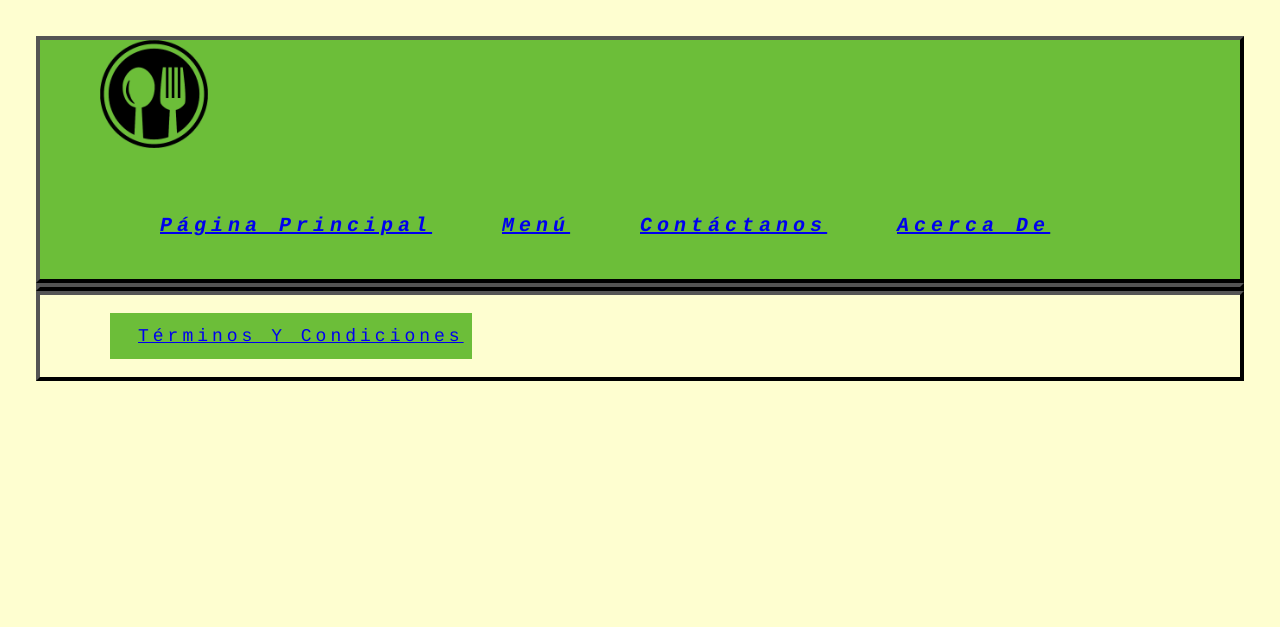
Repository: UVMCoyoacan/eq06_sitio1
Page: Carpeta docs/contactos.html
The author's editor kept a copy of each file at every save. The page is drawn from the files as they stood at one save, then again after the next save.
The browser window is 1280 px wide. The pictures show the whole page.

Above is the page before, as saved 2024-04-13 23:34:20.

After the next save:
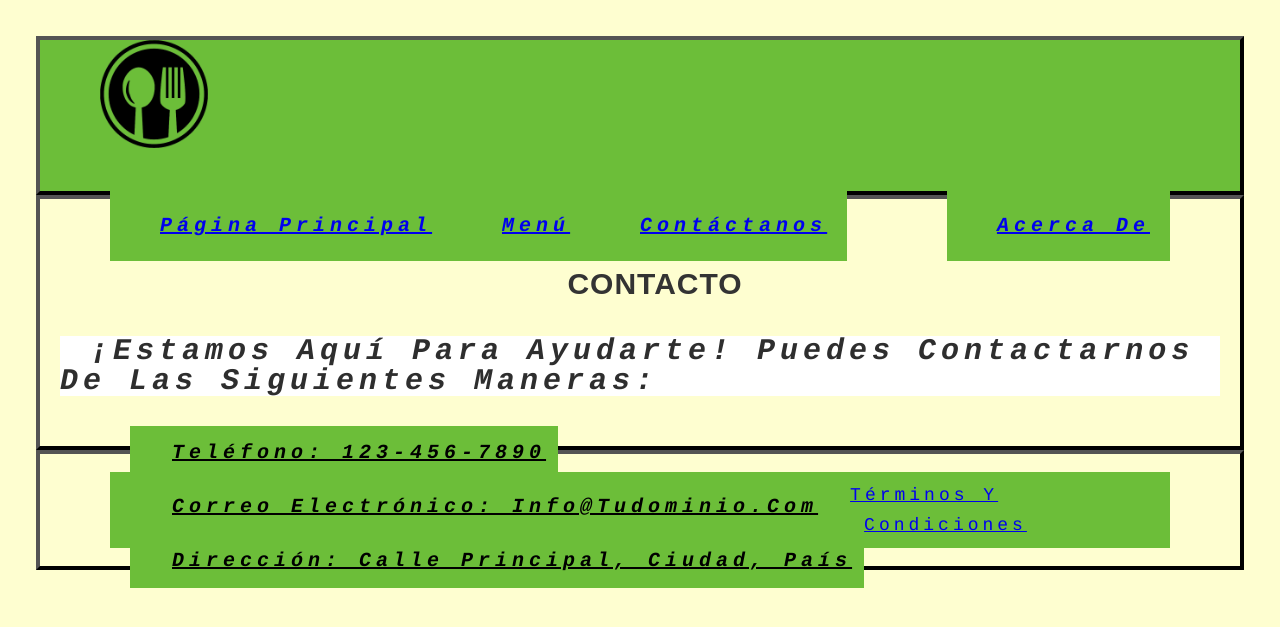
Saved 59 s later.
--- a/Carpeta docs/contactos.html
+++ b/Carpeta docs/contactos.html
@@ -1,42 +1,44 @@
 <!DOCTYPE html>
 <html>
-    <head>
-        <link rel="stylesheet" href="../Carpeta estilos/estilo1.css"/>
-        <meta charset="utf-8" />
-    </head>
-    <body>
-        <header id="parte_inicial" role="banner">
-            <div class="encabezado" style="display: flex;   flex-wrap: wrap;">
-                    <div style="flex-wrap:wrap ;">
-                    <img width="108" height="108" src="../Carpeta ims/tres.png" >
-                    </div>
-            <div style="display: flex;   flex-wrap: wrap;">
-            <ul >
-                <li><a href="../index.html">Página principal</a></li>
-                <li><a href="./menu.html">Menú</a></li>
-                <li><a href="#">Contáctanos</a></li>
-                <li style="float:right"><a class="active" href="../Carpeta docs/acercade.html">Acerca de</a></li>
+<head>
+    <link rel="stylesheet" href="../Carpeta estilos/estilo1.css"/>
+    <meta charset="utf-8" />
+    <title>Contacto</title>
+</head>
+<body>
+    <header id="parte_inicial" role="banner">
+        <div class="encabezado">
+            <div>
+                <img width="108" height="108" src="../Carpeta ims/tres.png">
+            </div>
+            <div>
+                <ul>
+                    <li><a href="../index.html">Página principal</a></li>
+                    <li><a href="./menu.html">Menú</a></li>
+                    <li><a class="active" href="#">Contáctanos</a></li>
+                    <li style="float:right"><a href="../Carpeta docs/acercade.html">Acerca de</a></li>
+                </ul>
+            </div>
+        </div>
+    </header>
+    <div style="border-style: outset; border-color: #000000; border-width: .4ch;">
+        <section id="contacto" style="padding: 20px;">
+            <h2>Contacto</h2>
+            <p>¡Estamos aquí para ayudarte! Puedes contactarnos de las siguientes maneras:</p>
+            <ul>
+                <li>Teléfono: 123-456-7890</li>
+                <li>Correo electrónico: info@tudominio.com</li>
+                <li>Dirección: Calle Principal, Ciudad, País</li>
             </ul>
-        </div>
+        </section>
+    </div>
+    <div style="border-style: outset; border-color: #000000; border-width: .4ch;">
+        <footer>
+            <div>
+                <ul><a href="../Carpeta docs/terminos.html">Términos y condiciones</a></ul>
             </div>
-        </header>
-        <div style="border-style: outset; border-color: #000000; border-width: .4ch;">
-            <footer >
-                <div style="display: flex; flex-wrap: wrap;">
-
-
-                </div>
-            </footer>
-        </div>
-        <div style="border-style: outset; border-color: #000000; border-width: .4ch;">
-            <footer >
-                <div style="display: flex; flex-wrap: wrap;">
-                    <ul><a href="./Carpeta docs/terminos.html">Términos y condiciones</a></ul>
-
-                </div>
-            </footer>
-        </div>
-    </body>
-    <script src="../Carpeta js/js1.js">
-    </script>
+        </footer>
+    </div>
+    <script src="../Carpeta js/js1.js"></script>
+</body>
 </html>

After the save that followed:
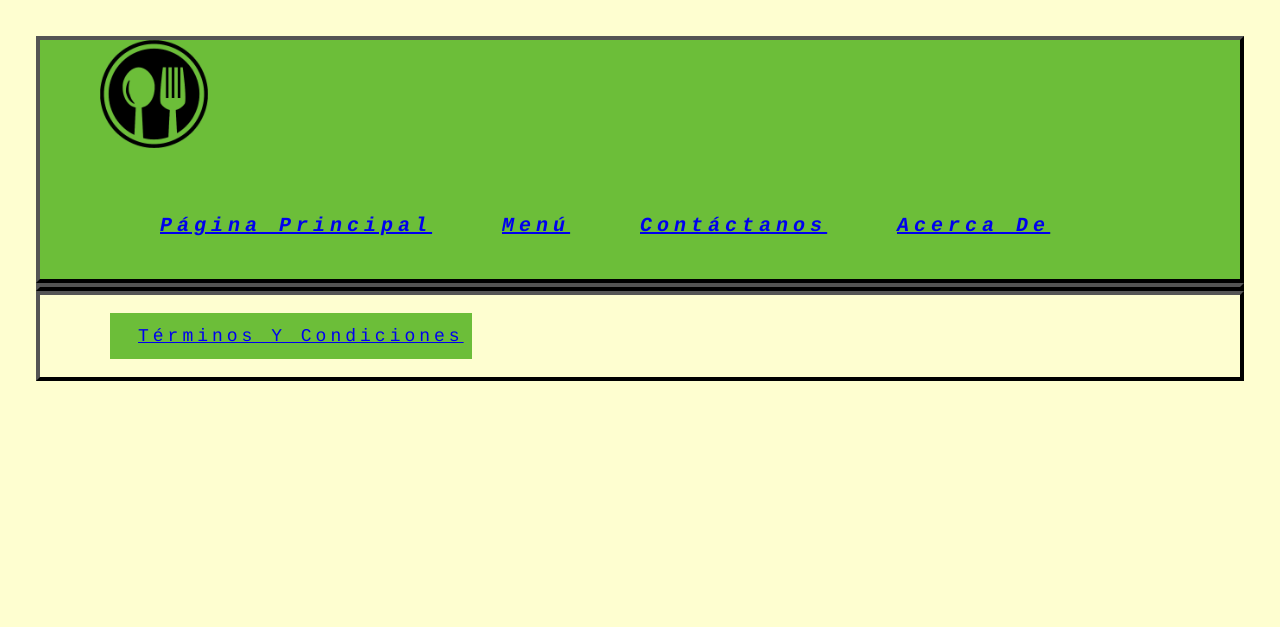
Saved 2 min 0 s later.
--- a/Carpeta docs/contactos.html
+++ b/Carpeta docs/contactos.html
@@ -1,44 +1,42 @@
 <!DOCTYPE html>
 <html>
-<head>
-    <link rel="stylesheet" href="../Carpeta estilos/estilo1.css"/>
-    <meta charset="utf-8" />
-    <title>Contacto</title>
-</head>
-<body>
-    <header id="parte_inicial" role="banner">
-        <div class="encabezado">
-            <div>
-                <img width="108" height="108" src="../Carpeta ims/tres.png">
+    <head>
+        <link rel="stylesheet" href="../Carpeta estilos/estilo1.css"/>
+        <meta charset="utf-8" />
+    </head>
+    <body>
+        <header id="parte_inicial" role="banner">
+            <div class="encabezado" style="display: flex;   flex-wrap: wrap;">
+                    <div style="flex-wrap:wrap ;">
+                    <img width="108" height="108" src="../Carpeta ims/tres.png" >
+                    </div>
+            <div style="display: flex;   flex-wrap: wrap;">
+            <ul >
+                <li><a href="../index.html">Página principal</a></li>
+                <li><a href="./menu.html">Menú</a></li>
+                <li><a href="#">Contáctanos</a></li>
+                <li style="float:right"><a class="active" href="../Carpeta docs/acercade.html">Acerca de</a></li>
+            </ul>
+        </div>
             </div>
-            <div>
-                <ul>
-                    <li><a href="../index.html">Página principal</a></li>
-                    <li><a href="./menu.html">Menú</a></li>
-                    <li><a class="active" href="#">Contáctanos</a></li>
-                    <li style="float:right"><a href="../Carpeta docs/acercade.html">Acerca de</a></li>
-                </ul>
-            </div>
+        </header>
+        <div style="border-style: outset; border-color: #000000; border-width: .4ch;">
+            <footer >
+                <div style="display: flex; flex-wrap: wrap;">
+
+
+                </div>
+            </footer>
         </div>
-    </header>
-    <div style="border-style: outset; border-color: #000000; border-width: .4ch;">
-        <section id="contacto" style="padding: 20px;">
-            <h2>Contacto</h2>
-            <p>¡Estamos aquí para ayudarte! Puedes contactarnos de las siguientes maneras:</p>
-            <ul>
-                <li>Teléfono: 123-456-7890</li>
-                <li>Correo electrónico: info@tudominio.com</li>
-                <li>Dirección: Calle Principal, Ciudad, País</li>
-            </ul>
-        </section>
-    </div>
-    <div style="border-style: outset; border-color: #000000; border-width: .4ch;">
-        <footer>
-            <div>
-                <ul><a href="../Carpeta docs/terminos.html">Términos y condiciones</a></ul>
-            </div>
-        </footer>
-    </div>
-    <script src="../Carpeta js/js1.js"></script>
-</body>
+        <div style="border-style: outset; border-color: #000000; border-width: .4ch;">
+            <footer >
+                <div style="display: flex; flex-wrap: wrap;">
+                    <ul><a href="./Carpeta docs/terminos.html">Términos y condiciones</a></ul>
+
+                </div>
+            </footer>
+        </div>
+    </body>
+    <script src="../Carpeta js/js1.js">
+    </script>
 </html>
